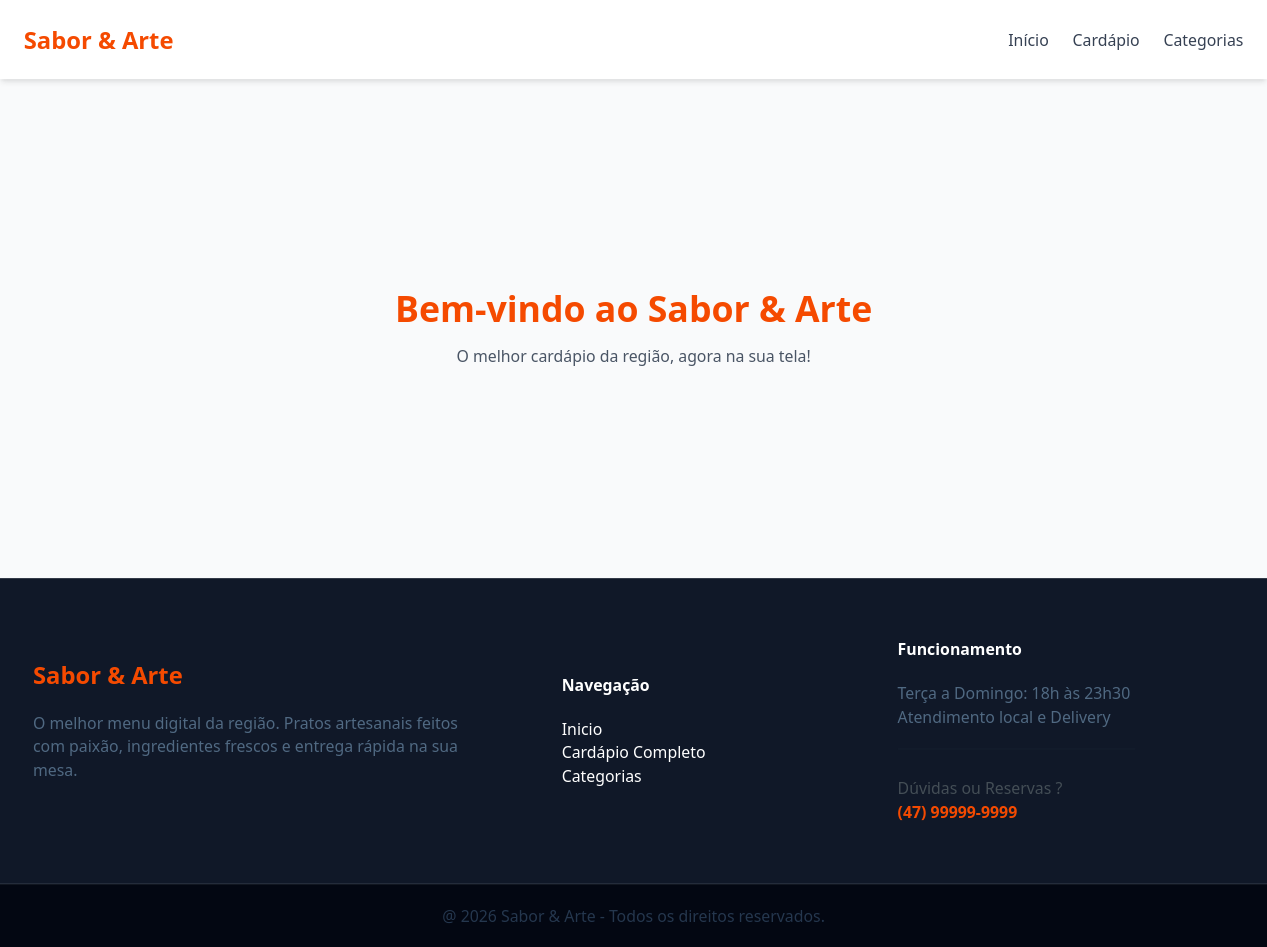
Repository: DiegoWWeege/pair-programming-next-js
Page: / (app in next-js-project/)
The author's editor kept a copy of each file at every save. The page is drawn from the files as they stood at one save, then again after a run of saves.
The browser window is 1280 px wide. The pictures show the whole page, at 99% of full size.
The project was rebuilt for these pictures with package versions that can differ from the ones it lists, and the page was loaded fresh each time. The framework's server and built-in components were replaced by stand-ins that run in the browser. Also part of the build but not shown: next-js-project/next.config.ts.

Above is the page before, as saved 2026-09-18 19:05:43.

### next-js-project/src/app/layout.tsx
import type { Metadata } from "next";
import "./globals.css";
import {Inter, Montserrat} from "next/font/google"
import NavBar from "@/components/NavBar";
import Footer from "@/components/Footer";

const inter = Inter({subsets: ["latin"], variable : "--font-inter"});

const montserrat = Montserrat({ subsets: ["latin"], variable: "--font-montserrat"})

export const metadata: Metadata = {
  title: "Menu Digital - Restaurante",
  description: "Desenvolvido por Diego e Cherpinski",
};

export default function RootLayout({ children }: LayoutProps<"/">) {
  return (
    <html
      lang="pt-br"
    >
      <body className="bg-gray-50 antialiased">
        <NavBar></NavBar>
        {children}
        <Footer/>

      </body>
    </html>
  );
}

### next-js-project/src/app/page.tsx
import Image from "next/image";
import Footer from "../components/Footer";
import NavBar from "@/components/NavBar";

export default function Home() {
  return (
    <div>
      <main className="flex flex-col items-center justify-center min-h-[70vh]">
        <h1 className="text-4xl font-bold text-orange-600 ">Bem-vindo ao Sabor & Arte</h1>
        <p className="mt-4 text-gray-600">O melhor cardápio da região, agora na sua tela!</p>
      </main>
    </div>
  );
}

### next-js-project/src/components/NavBar.tsx
import Link from "next/link";


export default function NavBar(){

    return (
        <nav className="flex items-center justify-between p-6 bg-white shadow-md">
            <h2 className="text-2xl font-bold text-orange-600">Sabor & Arte</h2>

            <div className="flex gap-6">
                <Link href= "/" className="text-gray-700 hover:text-orange-600 font-medium">Início</Link>

                <Link href= "/cardapio" className="text-gray-700 hover:text-orange-600 font-medium">Cardápio</Link>

                <Link href= "/categorias" className="text-gray-700 hover:text-orange-600 font-medium">Categorias</Link>
            </div>

        </nav>
    );
}

### next-js-project/src/components/Footer.tsx
import Link from "next/link"

export default function Footer(){

    return(

        <footer>
           <div className="grid grid-cols-3 items-center justify-items-center bg-[#101828] p-15">
                <div>
                    <h2 className="font-bold text-orange-600 text-2xl mb-5 ">
                        Sabor & Arte
                    </h2>

                    <p className="w-110 mb-5 w-60 text-[#506982]">
                        O melhor menu digital da região. Pratos artesanais feitos com
                        paixão, ingredientes frescos e entrega rápida na sua mesa.
                    </p>
                </div>

                <div>
                    <h3 className = "text-white font-bold mb-5">
                        Navegação
                    </h3>

                    <Link className = "block text-white" href="/">Inicio</Link>
                    <Link className = "block text-white" href="/cardapio">Cardápio Completo</Link>
                    <Link className = "block text-white" href="/categorias">Categorias</Link>
                </div>

                <div>
                    <h3 className="text-white font-bold mb-5">
                        Funcionamento
                    </h3>

                    <p className="mb-5 w-60 text-[#506982]">
                        Terça a Domingo: 18h às 23h30
                        Atendimento local e Delivery
                    </p>

                    <hr className="border-[#151E2E] h-2"/>

                    <p className="mt-5 text-[#444E56]">
                        Dúvidas ou Reservas ?
                    </p>

                    <strong className="text-orange-600">
                        (47) 99999-9999
                    </strong>
                </div>

           </div>

            <hr className="border-[#151E2E] "/>

           <div className = "flex items-center justify-center p-5 bg-[#030712]">
                    <p className="text-[#25374E]">
                        @ 2026 Sabor & Arte - Todos os direitos reservados.
                    </p>
            </div>
        </footer>
    )

}

Loaded but not shown: next-js-project/src/app/globals.css (common file)

After the next 2 saves:
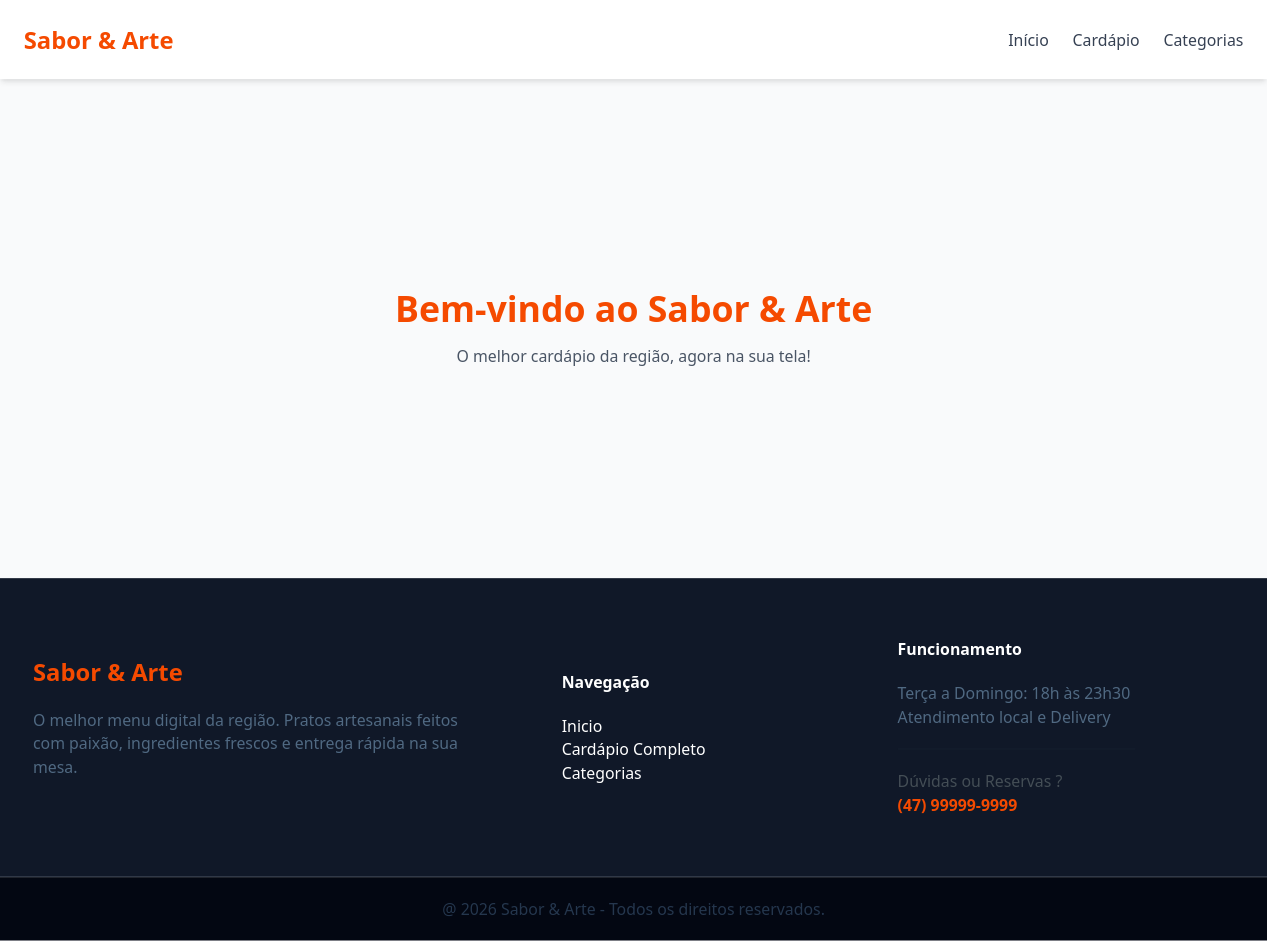
The 2 saves are shown as one change because they came seconds apart.
The last was saved 7 s later.
--- a/next-js-project/src/components/Footer.tsx
+++ b/next-js-project/src/components/Footer.tsx
@@ -37,7 +37,7 @@ export default function Footer(){
                         Atendimento local e Delivery
                     </p>
 
-                    <hr className="border-[#151E2E] h-2"/>
+                    <hr className="border-[#151E2E] h-"/>
 
                     <p className="mt-5 text-[#444E56]">
                         Dúvidas ou Reservas ?
